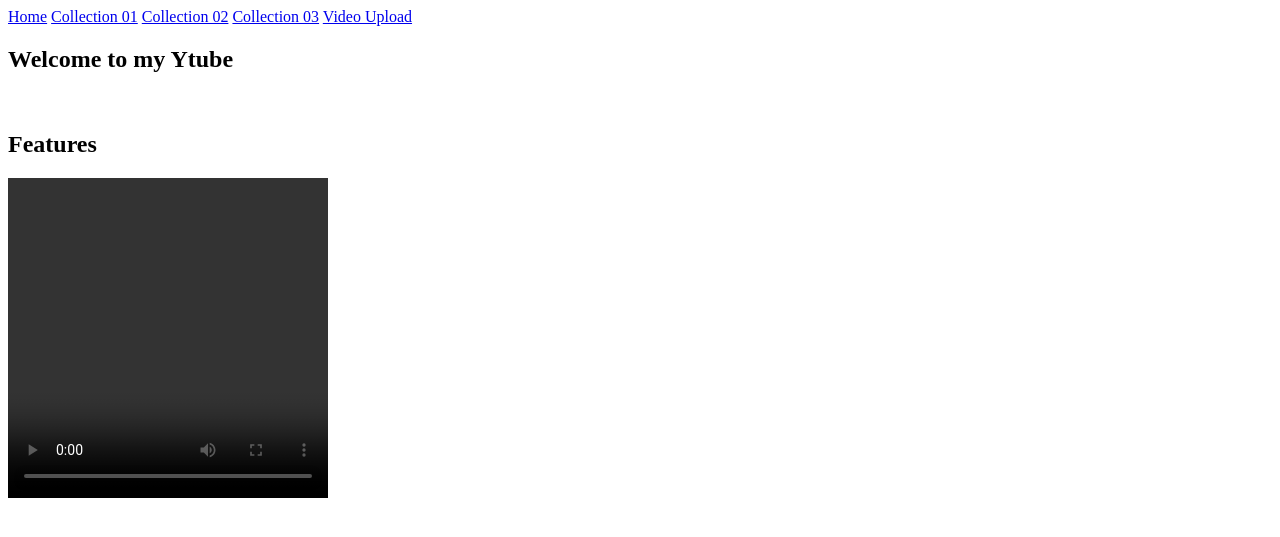
Repository: JoaoLemesDEV/Project-MyTube
Page: index.html
These files come from the project's save history. The page is drawn as it stood at one moment and after the next save; the edit follows.
The browser window is 1280 px wide. The pictures show the whole page.

Above is the page before, as saved 2021-10-10 20:40:51.

After the next save:
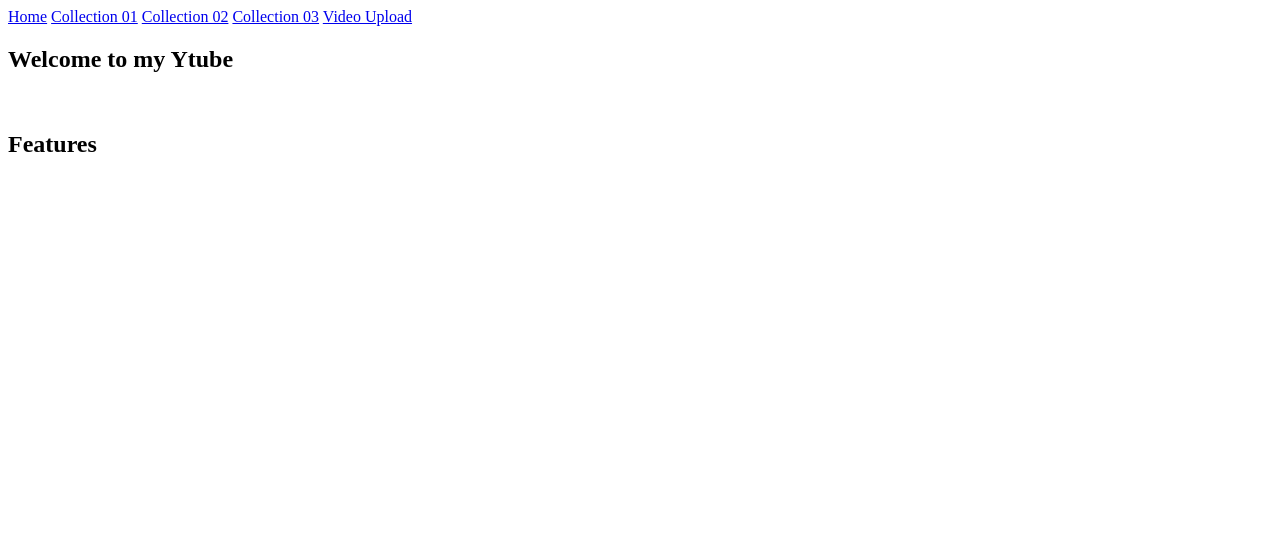
Saved 6 s later.
--- a/index.html
+++ b/index.html
@@ -22,7 +22,7 @@
   <br><h2>Features</h2>
 
   <section id="collection01">
-  <video width="320" height="320" controls>
+  <video>
     <iframe width="1904" height="847" src="https://www.youtube.com/embed/vxWjtpzCIfA" title="YouTube video player" frameborder="0" allow="accelerometer; autoplay; clipboard-write; encrypted-media; gyroscope; picture-in-picture" allowfullscreen></iframe>
 
   </video>
